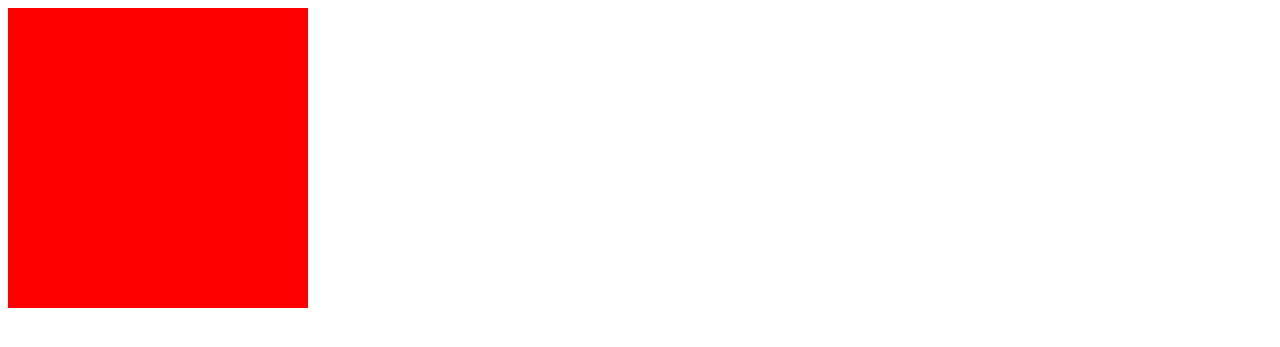
Repository: Kaori199701/-1
Page: box/box.html
The author's editor kept a record of every edit. The page is drawn from the files as they stood at one moment, then again after the next edit.
The browser window is 1280 px wide. The pictures show the whole page.

Above is the page before.

### box/box.css
.box1 {
  width: 300px;
  height: 300px;
  background-color: red;

}

Loaded but not shown: box/box.html (common file)

After the next edit:
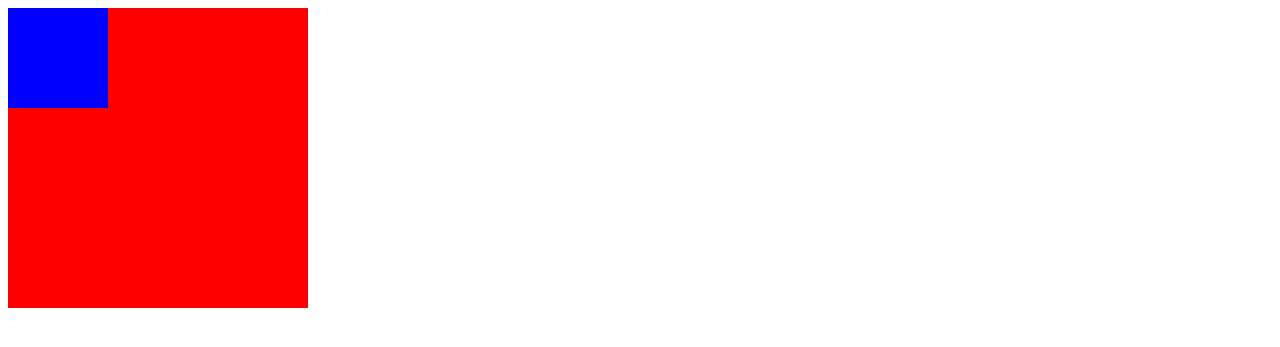
The edit:
--- a/box/box.css
+++ b/box/box.css
@@ -4,3 +4,9 @@
   background-color: red;
 
 }
+
+.box2 {
+  width: 100px;
+  height: 100px;
+  background-color: blue;
+}
